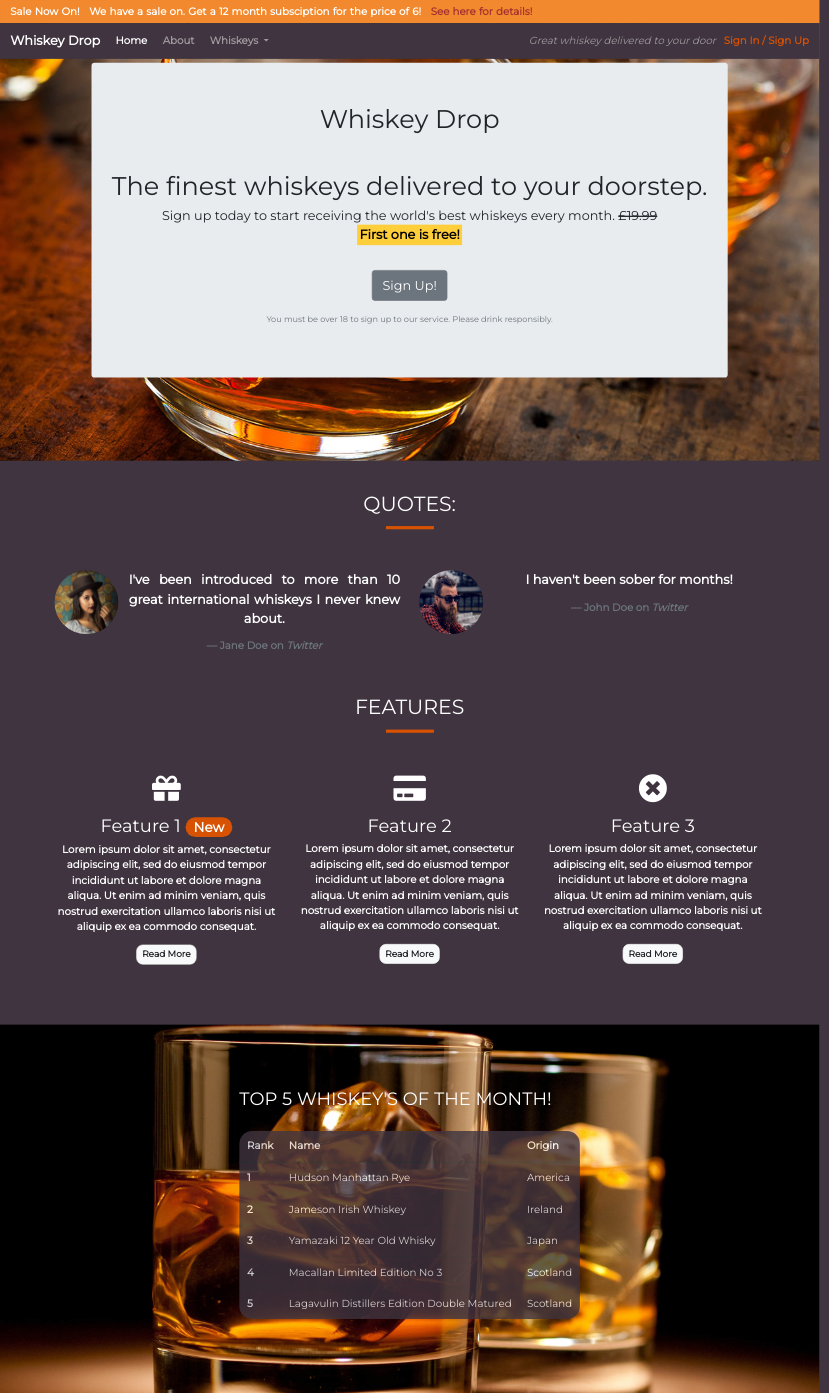
Repository: ClaireRoberts1403/Whiskey-Drop
Page: index.html
The author's editor kept a record of every edit. The page is drawn from the files as they stood at one moment, then again after the next edit.
The browser window is 1280 px wide. The page is 1295 px wide, so the pictures cover 1295 px, including what lies to the right of the window. The pictures show the whole page, at 64% of full size.
Backgrounds fixed to the window are drawn as part of the page. Some web libraries are served in a nearby version.

Above is the page before.

After the next edit:
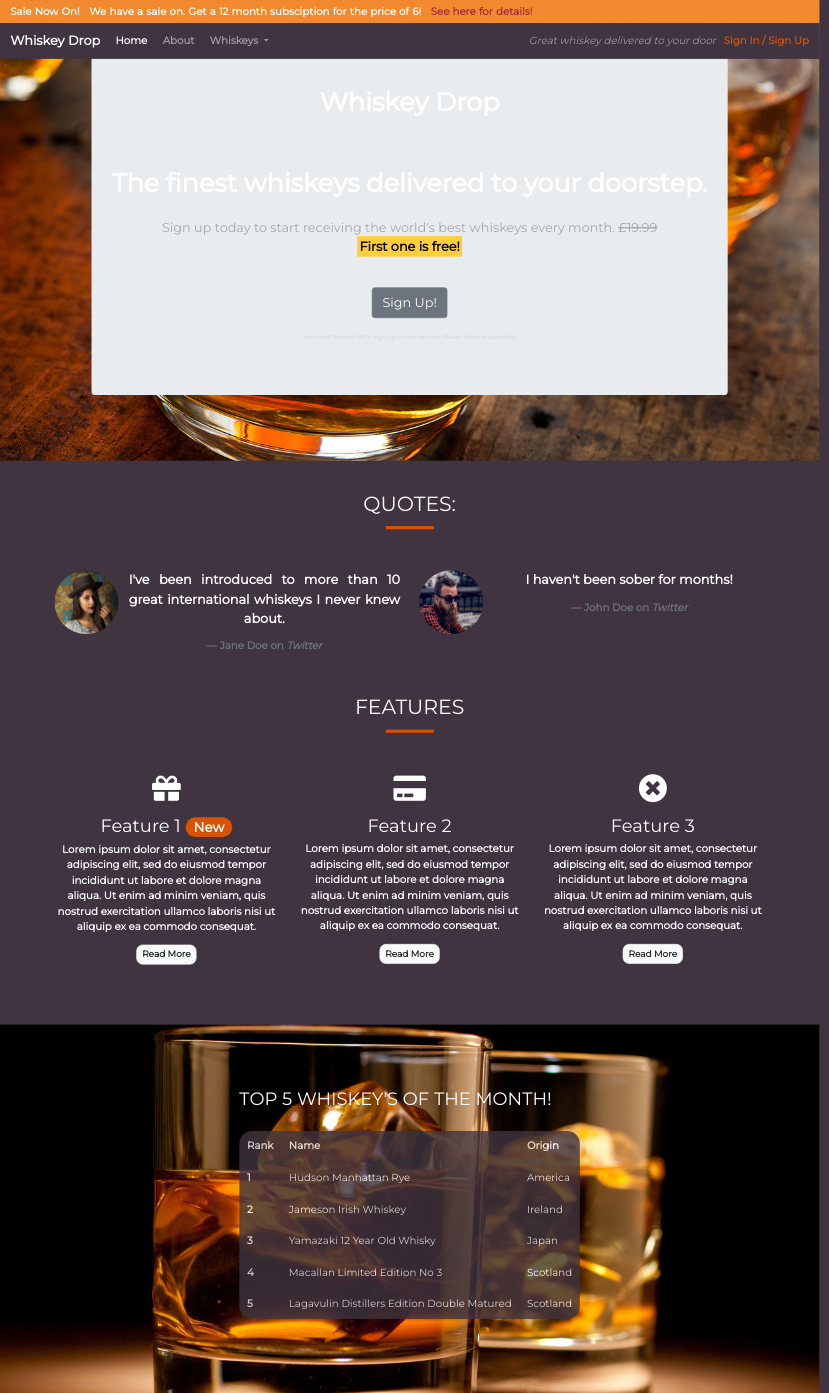
The edit:
--- a/CSS/style.css
+++ b/CSS/style.css
@@ -254,7 +254,7 @@
 
 
 
-/* Jumbotron
+ Jumbotron
 
 .jumbotron {
     background-color: transparent;

After the edit that followed:
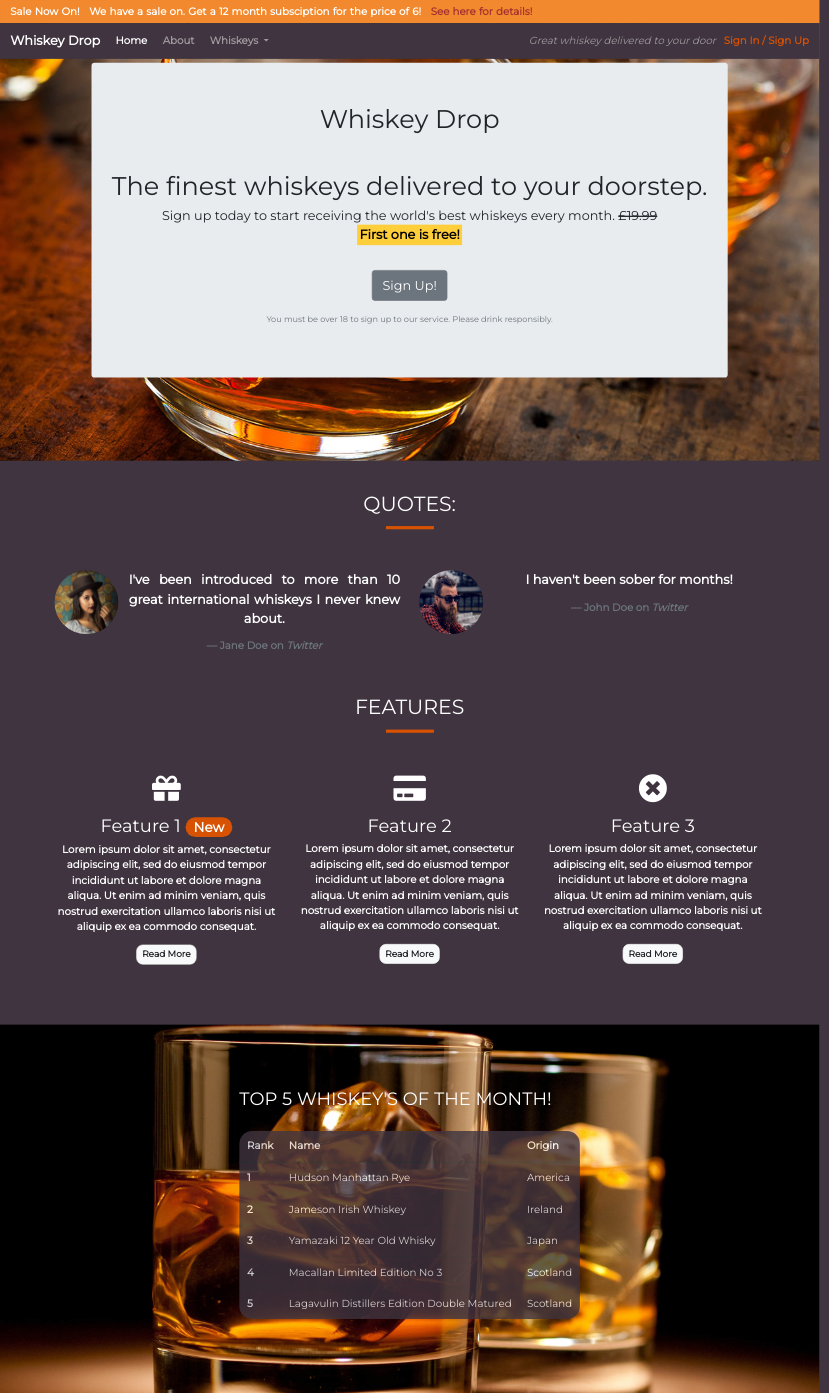
The edit:
--- a/CSS/style.css
+++ b/CSS/style.css
@@ -248,7 +248,7 @@
         opacity: 0.85;
     }
 
-}*/
+}
 ==============================================================================
 
 
